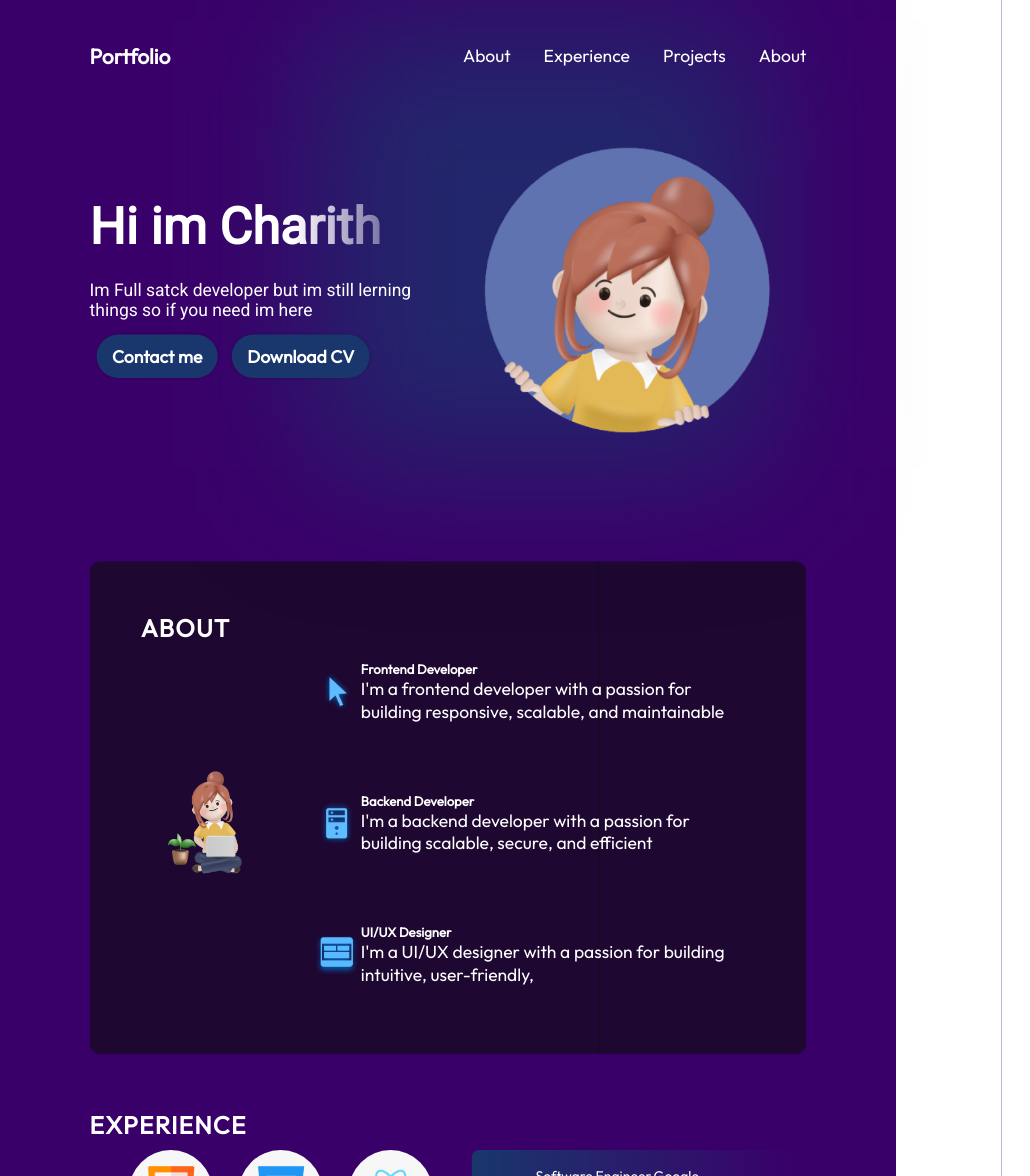
Repository: Charith117/react_portfolio
Page: / (app in react-portfolio/)
These files come from the project's save history. The page is drawn as it stood at one moment and after a run of saves; the edit follows.
The browser window is 1280 px wide. The page is 1431 px wide, then 1472 px, so the pictures cover 1472 px, including what lies to the right of the window. The pictures show the part of the page from y = 0 to 1680 px (the page is 2733 px tall before and 2827 px after), at 70% of full size.
The project was rebuilt for these pictures with package versions that can differ from the ones it lists, and the page was loaded fresh each time. Also part of the build but not shown: react-portfolio/vite.config.js.

Above is the page before, as saved 2024-06-17 21:03:28.

### react-portfolio/index.html
<!doctype html>
<html lang="en">
  <head>
    <meta charset="UTF-8" />
    <link rel="icon" type="image/svg+xml" href="/vite.svg" />
    <meta name="viewport" content="width=device-width, initial-scale=1.0" />
    <title>My portfolio</title>
  </head>
  <body>
    <div id="root"></div>
    <script type="module" src="/src/main.jsx"></script>
  </body>
</html>

### react-portfolio/src/main.jsx
import React from 'react'
import ReactDOM from 'react-dom/client'
import App from './App.jsx'
import './index.css'
import "@fontsource/outfit"
import "@fontsource/roboto"
ReactDOM.createRoot(document.getElementById('root')).render(
  <React.StrictMode>
    <App />
  </React.StrictMode>,
)

### react-portfolio/src/App.jsx
import styles from "./App.module.css"
import About from "./components/About/About"
import Experience from "./components/Experience/Experience"
import Hero from "./components/Hero/Hero"
import Navbar from "./components/Navbar/Navbar"
import { Projects } from "./components/Projects/Projects"
function App() {


  return (
    <>
      <div className={styles.App}>
        <Navbar />
        <Hero/>
        <About/>
        <Experience/>
        <Projects/>
      </div>
    </>
  )
}

export default App

### react-portfolio/src/index.css
*{
  box-sizing: border-box;
  margin: 0;
  padding: 0;
  font-family: "outfit",Arial,Helvetica,sans-serif;
}
html{
  scroll-behavior: smooth;
}

### react-portfolio/src/App.module.css
@import "./var.css";

.App{
    background-color:var(--color-bg);
    width: 100%;
    height: 100%;

}

### react-portfolio/src/components/About/About.jsx
import React from 'react'
import styles from "./About.module.css"
import {getImageUrl} from "../../util";

const About = () => {
  return (
    <section className={styles.container}id='about'>
        <h2 className={styles.title}>about</h2>
        <div className={styles.content}>
            <img className={styles.aboutImage} src={getImageUrl("about/aboutImage.png")} alt="mMe sitting with the laptop" />
            <ul className={styles.aboutItems}>
                <li className={styles.aboutItem}>
                    <img src={getImageUrl("about/cursorIcon.png")} alt="cursor icon" />
                    <div className={styles.aboutItemText}>
                        <h3>Frontend Developer</h3>
                        <p>I'm a frontend developer with a passion for building responsive, scalable, and maintainable</p>
                    </div>
                </li>

                <li className={styles.aboutItem} >
                    <img src={getImageUrl("about/serverIcon.png")} alt="cursor icon" />
                    <div className={styles.aboutItemText}>
                        <h3>Backend Developer</h3>
                        <p>I'm a backend developer with a passion for building scalable, secure, and efficient</p>

                    </div>
                </li>

                <li className={styles.aboutItem}>
                    <img src={getImageUrl("about/uiIcon.png")} alt="cursor icon" />
                    <div className={styles.aboutItemText}>
                        <h3>UI/UX Designer</h3>
                        <p>I'm a UI/UX designer with a passion for building intuitive, user-friendly,</p>
                    </div>
                </li>
            </ul>
        </div>
    </section>
  )
}

export default About

### react-portfolio/src/components/Experience/Experience.jsx
import React from 'react'
import skills from "../../data/skills.json"
import history from "../../data/history.json"
import styles from "./Experience.module.css"
import { getImageUrl } from '../../util'
const Experience = () => {
  return (

    <section className={styles.container} id='experience'>
        <h2 className={styles.title}>Experience</h2>
        <div className={styles.content}>
            <div className={styles.skills}>
              { skills.map((skill, id)=>{
                    return (
                    <div key={id} className={styles.skill}>
                                <div className={styles.skillImageContainer}><img src={getImageUrl(skill.imageSrc)} alt={skill.title} />

                                </div>
                                <p>{skill.title}</p>
                         </div>

                         );
               })}
            </div>
            <ul className={styles.history}>
                {
                    history.map((historyItem,id)=>{
                        return <li key={id} className={styles.historyItem}>
                                <img src={getImageUrl(historyItem.imageSrc)}
                                alt={`${historyItem.organisation}Logo`} />

                                <div className={styles.historyItemDetails}>
                                    <h3>{`${historyItem.role},${historyItem.organisation}`}</h3>
                                    <p>{`${historyItem.startDate}-${historyItem.endDate}`}</p>
                                    <ul>
                                        {historyItem.experiences.map((experience,id)=>{
                                            return <li key={id}>{experience}</li>
                                        })}
                                    </ul>
                                </div>
                        </li>
                    })
                }
            </ul>
        </div>
    </section>
  )
}

export default Experience

### react-portfolio/src/components/Hero/Hero.jsx
import React from 'react'
import styles from "./Hero.module.css";
import {getImageUrl} from"../../util";

const Hero = () => {
  return (
    <section className={styles.container}>
    <div className={styles.content}>
        <h1 className={styles.title}>Hi im Charith</h1>
        <p className={styles.description}>
            Im Full satck developer but im still lerning things so if you need im here
        </p>


     <div class="buttonContainer">
         <a href="mailto:jayanithacharith7@gmail.com" class={styles.contactBtn}>Contact me</a>
          <a href="path/to/your/CV.pdf" download class={styles.downloadBtn}>Download CV</a>
    </div>

    </div>
    <img className={styles.heroImg} src={getImageUrl("hero/heroImage.png")} alt="Her" />
    <div className={styles.topBlur}></div>
    <div className={styles.bottomBlur}></div>
  </section>
  );

};

export default Hero

### react-portfolio/src/components/Navbar/Navbar.jsx
import React,{useState} from 'react';
import styles from "./Navbar.module.css";

import{getImageUrl} from "../../util";

const Navbar = () => {

const[menuOpen,setMenuOpen]=useState(false);



  return <nav className={styles.navbar}>
    <a className={styles.title} href="/">Portfolio</a>

    <div className={styles.menu}>
        <img className={styles.menuBtn}
        src={
          menuOpen
          ? getImageUrl("nav/closeIcon.png")
          : getImageUrl("nav/menuIcon.png")
          }
          onClick={()=>setMenuOpen(!menuOpen)}

          />
        <ul
        className={`${styles.menuitems} ${menuOpen && styles.menuOpen}`}
          onclick={()=>setMenuOpen(false)}
        >
                 <li>
                      <a href="#about">About</a>
                </li>
                 <li>
                      <a href="#experience">Experience</a>
                </li>
                <li>
                      <a href="#projects">Projects</a>
                </li>
                 <li>
                     <a href="#about">About</a>
                </li>
        </ul>
    </div>
  </nav>
}

export default Navbar

### react-portfolio/src/components/Projects/Projects.jsx
import React from 'react'
import styles from "./Projects.module.css"
import Project from "../../data/project.json"
import {ProjectCard} from "./ProjectCard"


export const Projects = () => {
  return (
    <section className={styles.container}>
        <h2 className={styles.title}>Projects</h2>
        <div className={styles.projects}>
          {Project.map((project,id)=>{
            return <ProjectCard key={id} project={project}/>;
          })}
        </div>
    </section>
  )
}

### react-portfolio/src/var.css
:root{
    /* colors */
    --color-text:#fff;
    --color-primary:#19376d;
    --color-secondary:#f7f7f7;
    --color-dark:#0b2447;
    --color-bg:#3a006a;


    /* fonts */
    --font-roboto:"Roboto";

}

### react-portfolio/src/components/About/About.module.css
@import "../../var.css";


.container{
    position:relative;
    background-color: rgba(12, 12, 12,0.6);
    border-radius: 15px;
    padding: 73px;
    margin-top: 129px;
    z-index: 1;
    margin-left: 10%;
    margin-right: 10%;
}

.title{
    color: var(--color-text);
    font-size: 35px;
    font-weight: 700;
    letter-spacing: 1.75px;
    text-transform: uppercase;
}

.content{
    display: flex;
    flex-direction: row;
    align-items: center;
}
.aboutImage{
    width: 25%;
}

.aboutItems{
    color:var(--color-text);
    display: flex;
    flex-direction:  column;
    gap: 50px;

}

.aboutItem{
    display:flex;
    flex-direction: row;
    align-items: center;
    border-radius:20px;
    list-style: none;
    padding: 25px;
    background-image: linear-gradient(90deg,
    rgba(165,215,232,0.42)0%,
    rgba(225,225,225,0)100%

    );

    background-size: 0 100%;
    background-repeat: no-repeat;
    transition:0.4s;

}

.aboutItem:hover{
background-size:100% 100%;

}

.about{
    font-size: 25px;
    font-weight: 600;
}

.aboutItem p{
    font-size: 25px;

}

@media screen and (max-width :830px){
  .container{
    background-color:transparent;
    padding-left: 0;
    padding-right: 0;

  }

  .content{
    font-display: column;

  }
  .aboutImage{
    display: none;
  }
  .aboutItems{
    margin-top: 29px;
  }
  .aboutItem{
    padding-left: 0;
  }

}

### react-portfolio/src/util.js
export const getImageUrl=(path)=>{
    return new URL(`/assets/${path}`,import.meta.url).href;
}

### react-portfolio/src/components/Experience/Experience.module.css
@import "../../var.css";


.container{
    color:var(--color-text);
    margin-top: 79px;
    margin-left: 10%;
    margin-right: 10%;
}

.title{
    color:var(--color-text);
    font-size: 35px;
    font-weight: 700;
    letter-spacing: 1.75px;
    text-transform: uppercase;
}

.content{
    display: flex;
    flex-direction:row ;
    justify-content: space-evenly;
    margin-top: 14px;
}
.skills{
    width: 50%;
    display: flex;
    flex-wrap:wrap;
    gap:37px;
    justify-content: center;


}

.skill{
     display: flex;
     flex-direction: column;
     align-items: center;
     gap: 11px;
}

.skillImageContainer{
    background-color:var(--color-secondary) ;
    border-radius: 100%;
    display: flex;
    align-items: center;
    justify-content: center;
    width: 120px;
    height: 120px;
}

.skillImageContainer img{

width: 75px;

}
.skill p{
    font-size: 25px;
    font-family:var(--font-roboto);
    font-weight: 500;
}

.history{
    width: 45%;
    display: flex;
    flex-direction: column;
    gap: 40px;
}

.historyItem{
    display:flex;
    flex-direction: row;
    align-items:center;
    gap:17px;
    background: #19376d;
    background: linear-gradient(90deg,#19376d 0%,rgba(25,55,100,0)100%);
    border-radius: 10px;
    padding: 24px;
}
.history img{
    width: 50px;

}

.historyItemDetails{
    font-family:var(--font-roboto);
}
.historyItemDetails h3{
    font-size: 30px;
    font-weight: 500;
}
.historyItemDetails h3{
    font-size: 20px;
    font-weight: 300;
}
.historyItemDetails ul{
    margin-top: 6px;
    list-style-position: inside;
    font-size: 25px;
    list-style-type: disc;
    margin-left: 17px;

}

@media screen and (max-width:830px){

    .content{

     flex-direction:column;
     align-items:center;
     gap: 34px;
    }


    .skills{
        width: 100px;
        flex-direction: row;
        justify-content: center;


    }
    .history{
        width: 100%;
        gap: 9px;

    }
    .title{
        text-align: center;
    }
}

### react-portfolio/src/components/Hero/Hero.module.css
@import "../../var.css";

.container{

    position: relative;
    display: flex;
    align-items: center;
    justify-content: space-between;
    margin-top:49px;
    z-index: 1;
    margin-left: 10%;
    margin-right: 10%;


}

.content{
    display: flex;
    flex-direction: column;
    align-items:flex-start;
    color:var(--color-text);
    z-index: 1;
}
.title{
    font-size: 72px;
    font-weight: 900;
    margin-bottom: 33px;
    font-family: var(--font-roboto);
    background :linear-gradient(90deg,rgba(255,255,255,1)70%,
    rgba(255,255,255,0)120%);

    -webkit-text-fill-color:transparent;
    -webkit-background-clip: text ;
}
.description{
    font-size: 25px;
    font-family: var(--font-roboto);
    margin-bottom: 20px;

}
.contactBtn, .downloadBtn {
    text-decoration: none;
    background-color: var(--color-primary);
    color: var(--color-text);
    border-radius: 100px;
    font-size: 25px;
    font-weight: 600;
    padding: 15px 22px;
    box-shadow: 0 0 4px 0 rgba(0, 0, 0, 0.25);
    display: inline-block; /* Ensure it behaves like a button */
    margin: 0 10px;

}

.downloadBtn:hover{
    color:rgb(53, 52, 53);
    background-color:blanchedalmond;
}
.contactBtn:hover{
    color:rgb(53, 52, 53);
    background-color:blanchedalmond;
}



.buttonContainer{
    display: flex;

    align-items: center;
}
.heroImg{
    width: 50%;
    z-index: 1;


    animation: floating 3s ease-in-out infinite;
}

@keyframes floating{
    0%{
        transform: translate(0,0px);
    }
    50%{
        transform: translate(0,10px);
    }

    100%{
        transform: translate(0,-0px);
    }


}
.topBlur{
    position: absolute;
    width: 50vw;
    height: 50vw;
    min-width: 350px;
    min-height: 350px;
    top: -120px;
    left: 25vw;
    background-repeat: 500px;
    background:rgba(25, 55, 109, 0.7);
    filter:blur(100px);
    z-index: 0;

}
/* .bottomBlur{
    position: absolute;
    width: 70vw;
    height: 50vw;
    min-width: 350px;
    min-height: 250px;
    top: 264px;
    left: -25vw;
    background-repeat: 764px;
    background:rgba(25, 55, 109, 0.7);
    filter:blur(100px);
    z-index: 0;
    overflow: hidden;

} */

@media screen and (max-width:830px) {
    .container{
        flex-direction:column-reverse;
    }
    .content{
        align-items:center;
    }
    .title{
        font-size: 50px;
        font-weight: 900;
        margin-bottom: 33px;
        font-family: var(--font-roboto);
        background :linear-gradient(90deg,rgba(255,255,255,1)70%,
        rgba(255,255,255,0)120%);

        -webkit-text-fill-color:transparent;
        -webkit-background-clip: text ;
    }

    .contactBtn, .downloadBtn {
        text-decoration: none;
        background-color: var(--color-primary);
        color: var(--color-text);
        border-radius: 100px;
        font-size: 18px;
        font-weight: 600;
        padding: 12px 20px;
        box-shadow: 0 0 4px 0 rgba(0, 0, 0, 0.25);
        display: inline-block; /* Ensure it behaves like a button */
        margin: 0 5px;
        margin-top: 5px;
    }
}

### react-portfolio/src/components/Navbar/Navbar.module.css
@import "../../var.css";

.navbar{

    position: relative;
    display: flex;
    align-items: center;
    justify-content: space-between;
    padding-top: 61px;
    z-index: 2;
    margin: 0 10%;
}
.title{
    font-size:30px;
    font-weight: 600;
    text-decoration: none;
    color:var(--color-text);

}
.menu{
    display: flex;

}
.menuitems{
    display:flex;
    gap: 47px;
    list-style: none;
}
.menuitems a{
    font-size: 25px;
    text-decoration: none;
    color:var(--color-text);
}
.menuBtn{
    display: none;


}


@media screen and (max-width: 830px){
    .navbar{
        flex-direction: column;
        align-items:flex-start;
    }

    .menu{
        position: absolute;
        right: 0;
        margin-right: 10%;
        flex-direction: column;
        align-items:flex-end;
        gap: 11px;
        z-index: 3;
    }
    .menuBtn{
        display: block;
        cursor: pointer;

    }
    .menuitems{
        display: none;
        flex-direction: column;
        align-items: center;
        gap: 13px;
        border-radius:10px;
        padding: 5px;
        background:rgb(25,55,109);




    }
    .menuOpen{
        display: flex;
        z-index: 1;
    }
}

### react-portfolio/src/components/Projects/Projects.module.css
@import "../../var.css";


.container{
    margin-top: 76px;
    color: var(--color-text);
    margin-left: 10%;
    margin-right: 10%;
}
.title{
    font-size: 35px;
    font-weight: 700;
    letter-spacing: 1.75px;
    text-transform: uppercase;
}

.projects{
    margin-top: 37px;
    display: flex;
    flex-direction: row;
    font-weight: wrap;
    align-items: center;
    justify-content:center;
   gap: 15px;
   width: 100%;

}

### react-portfolio/src/components/Projects/ProjectCard.jsx
import React from 'react'
import styles from "./ProjectCard.module.css"
import {getImageUrl} from "../../util"

export const ProjectCard = ({project:{title,imageSrc,description,demo,source,skills}}) => {
  return (
    <div className={styles.container}>
          <img
          className={styles.Image}
          src={getImageUrl(imageSrc)} alt={`image of${title}`}/>
          <h3 className={styles.title}>{title}</h3>
          <p className={styles.description}>{description}</p>

          <ul className={styles.skills}>
            {skills.map((skill,id)=>{
              <li className={styles.skill} key={id}>{skill}</li>
            })}
          </ul>

          <div className={styles.links}>
            <a href={demo}>className={styles.link}Demo</a>
            <a href={source}className={styles.link}></a>
          </div>
  </div>
   );
};

### react-portfolio/src/components/Projects/ProjectCard.module.css
@import "../../var.css";


.container{
    display: flex;
    font-display: column;
    background-repeat: 10px;
    background: linear-gradient(180deg,#576cbc 0%,#132a53 100%);
    box-shadow: 1 16px 14px 0 #04152d;
    padding: 18px 24px;
    min-width: 345px;


}
.iamge{
    margin-bottom: 26px;

}
.title{
    font-size: 25px;
    font-weight: 700;
}

.description{

}

Loaded but not shown: react-portfolio/src/data/skills.json (common file); react-portfolio/src/data/history.json (common file); react-portfolio/src/data/project.json (common file)

After the next 5 saves:
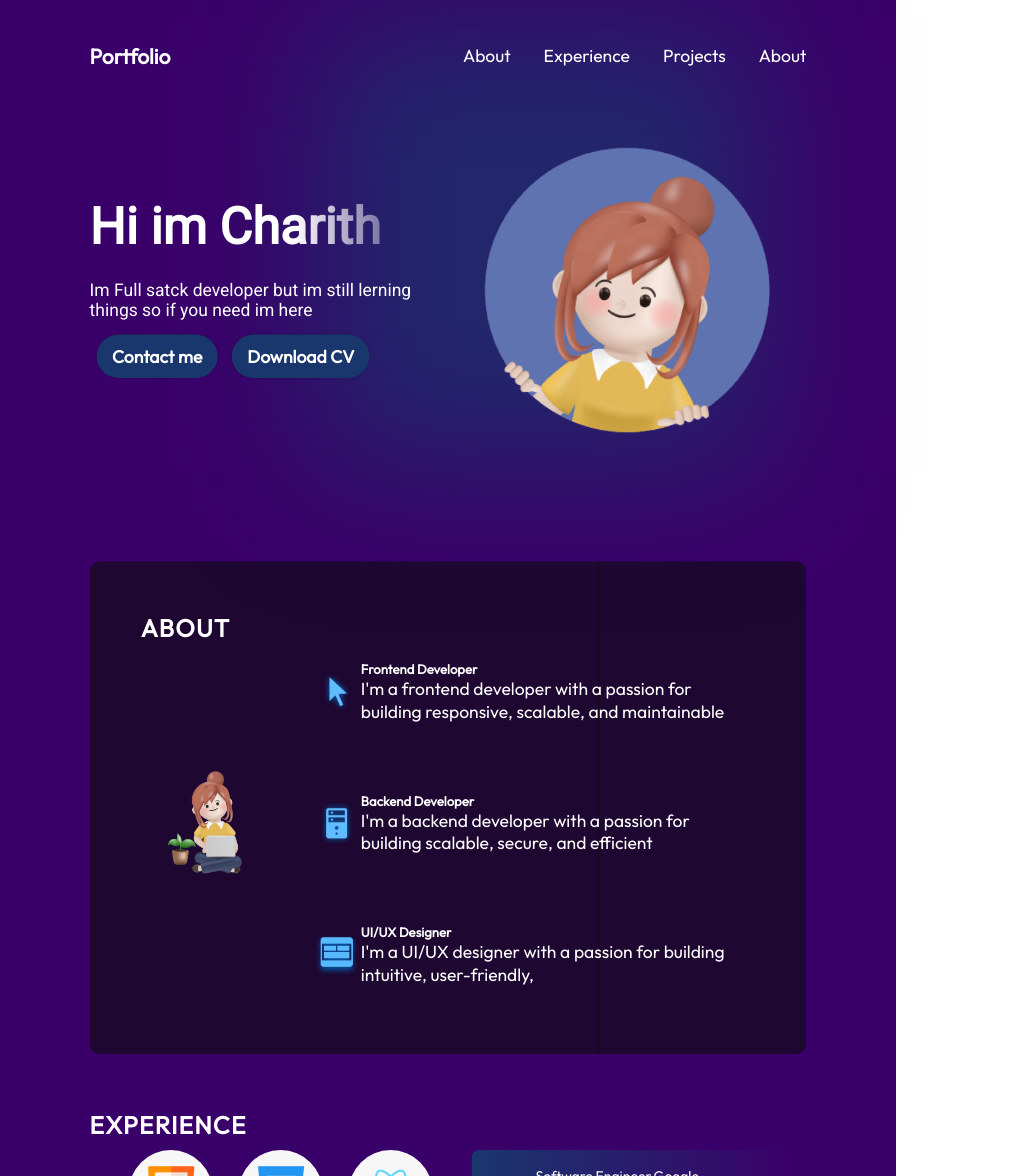
The 5 saves are shown as one change because they came seconds apart.
The last was saved 19 s later.
--- a/react-portfolio/src/components/Projects/ProjectCard.module.css
+++ b/react-portfolio/src/components/Projects/ProjectCard.module.css
@@ -22,5 +22,6 @@
 }
 
 .description{
-
+    margin-top: 6px;
+    font-size: 25px;font-weight: 400;
 }
